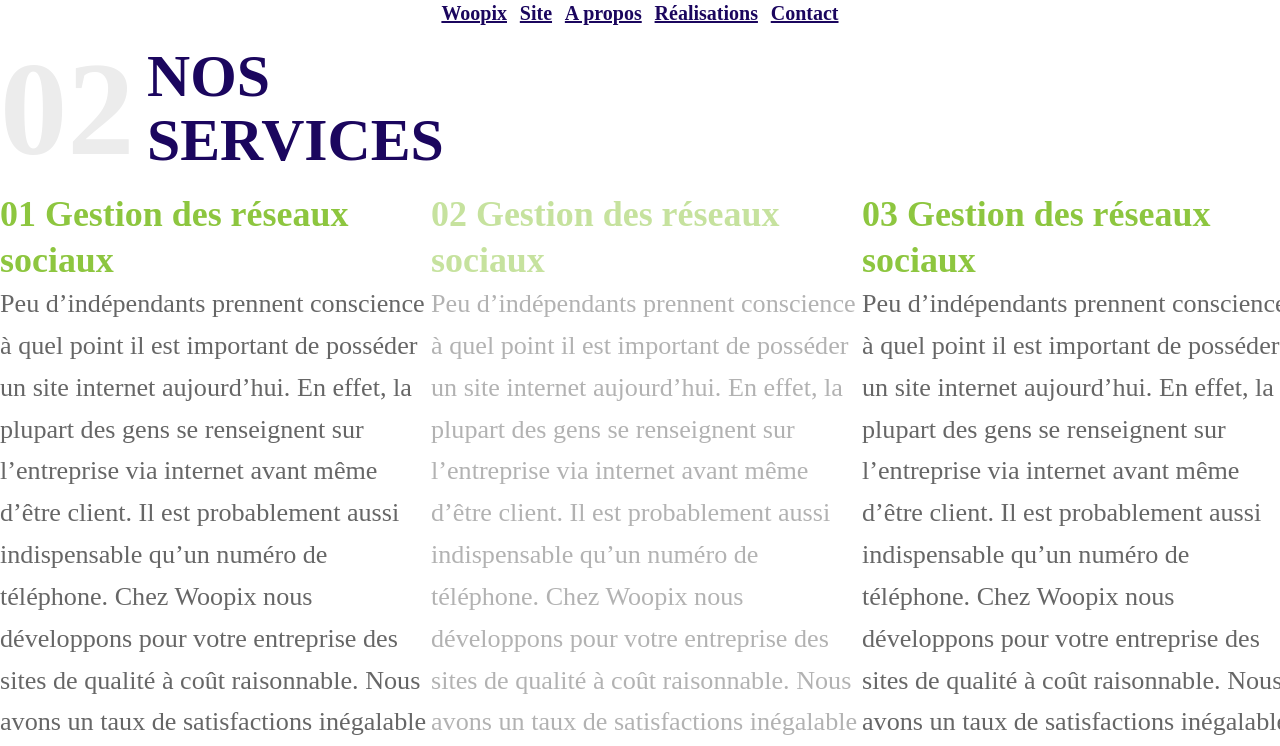
Repository: keloriane/woopix
Page: /woopix/nos-services
These files come from the project's save history. The page is drawn as it stood at one moment and after the next save; the edit follows.
The browser window is 1280 px wide. The pictures show the whole page.
The project was rebuilt for these pictures with package versions that can differ from the ones it lists, and the page was loaded fresh each time. Also part of the build but not shown: src/pages/Services/components/ServiceItem.js, src/pages/Services/components/ServiceOption.js, src/pages/Services/index.js, src/pages/Home.js, src/global/Container.js, src/pages/About/index.js, src/pages/Portfolio/index.js.

Above is the page before, as saved 2020-09-25 13:35:19.

After the next save:
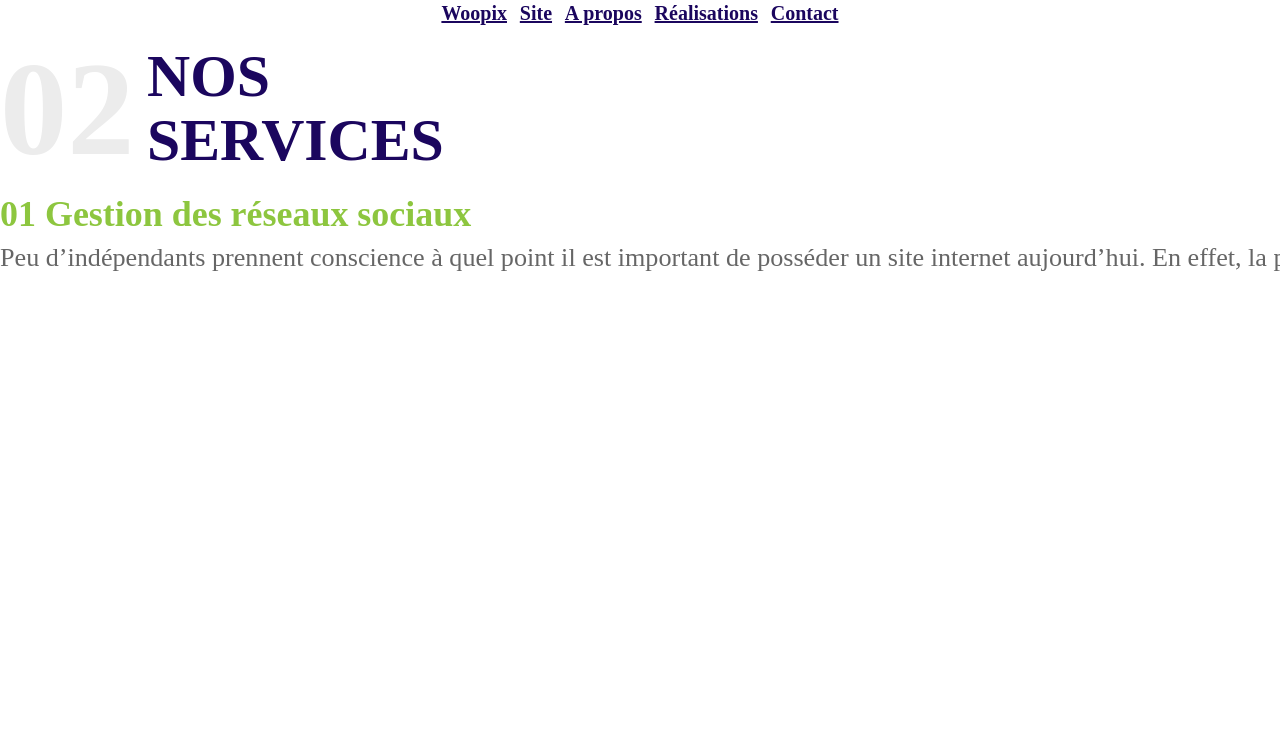
Saved 20 s later.
--- a/src/pages/OurServices/index.js
+++ b/src/pages/OurServices/index.js
@@ -112,7 +112,7 @@
       <div id="our-service">
         <div className="services">
           <Title num="02" firstP="nos" secondP="services" />
-          <Swiper slidesPerView="auto" className="slider-container">
+          <Swiper slidesPerView={1} className="slider-container">
             <SwiperSlide>
               <div className="slider-title">
                 <h3>01 Gestion des réseaux sociaux</h3>
